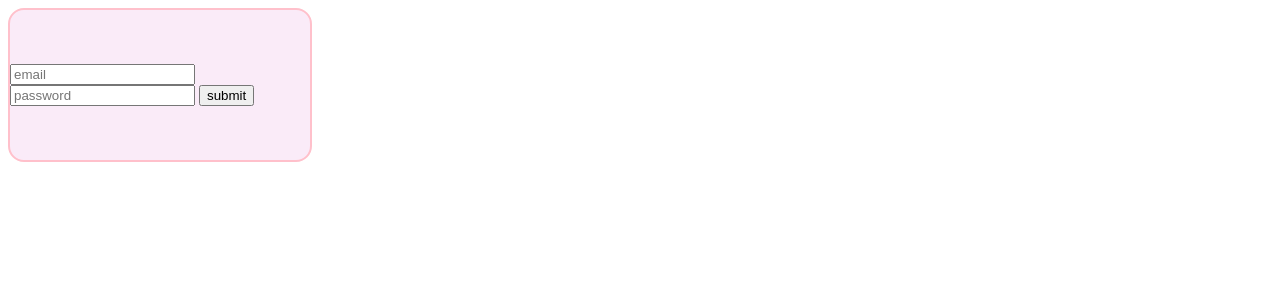
Repository: RenataDzotova/TwitterApp
Page: server/view/login.html
An editor plug-in stored every save of this project. The page is shown before and after the next save, followed by the edit.
The browser window is 1280 px wide. The pictures show the whole page.

Above is the page before, as saved 2022-12-08 23:07:58.

After the next save:
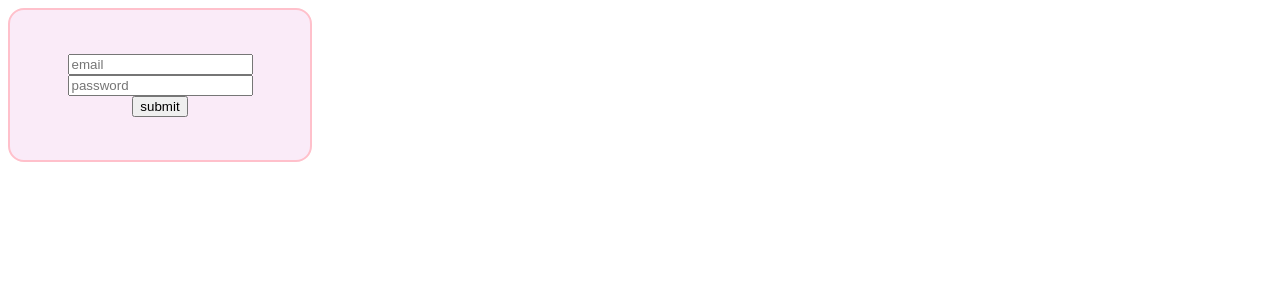
Saved 46 s later.
--- a/server/view/login.html
+++ b/server/view/login.html
@@ -17,6 +17,13 @@
             border-radius: 16px;
             border: 2px solid pink;
         }
+
+        form{
+            display: flex;
+            align-items: center;
+            justify-content: center;
+            flex-direction: column;
+        }
     </style>
 </head>
 <body>
